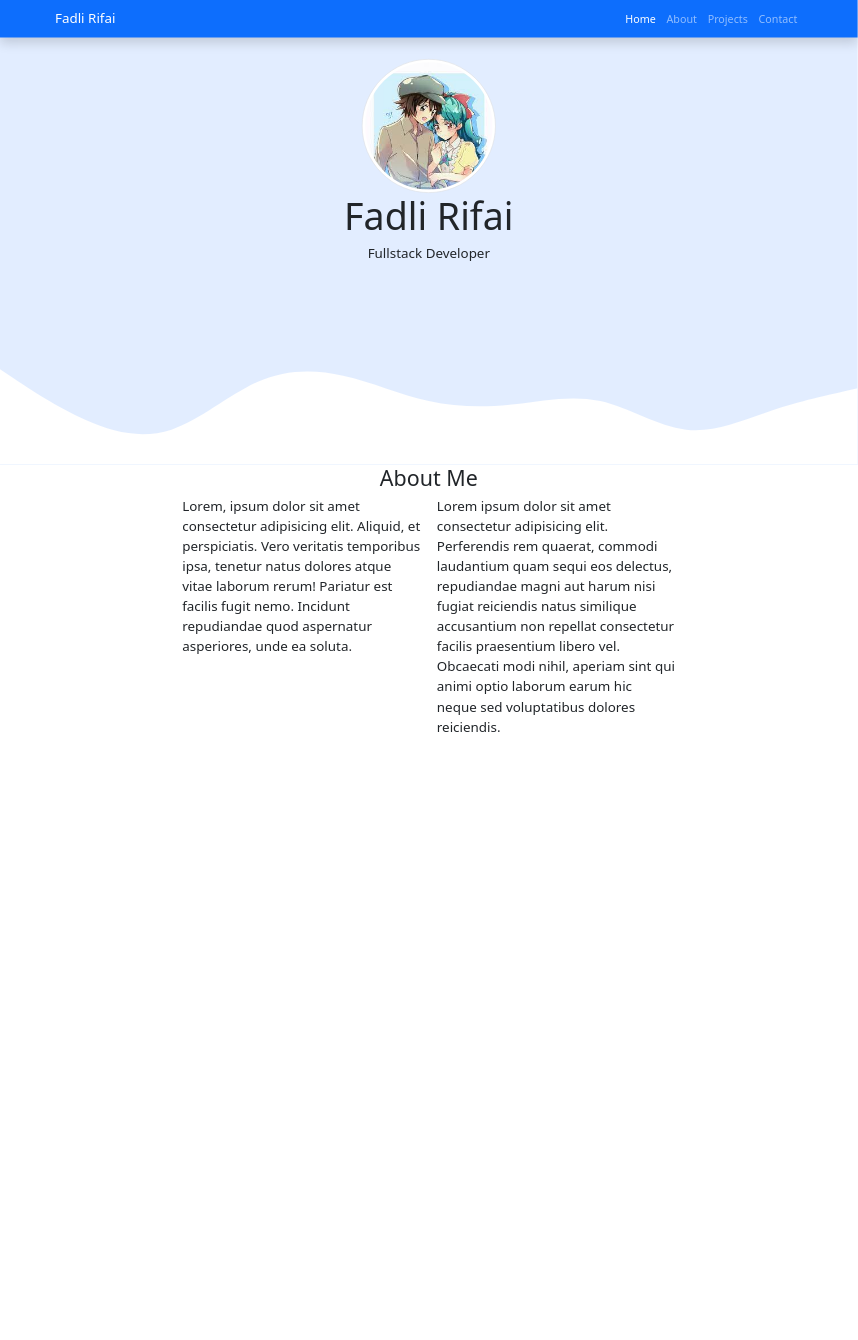
Repository: fadlyyy/fadli-dev.github.io
Page: index.html
An editor plug-in stored every save of this project. The page is shown before and after the next save, followed by the edit.
The browser window is 1280 px wide. The pictures show the whole page, at 67% of full size.

Above is the page before, as saved 2024-01-19 10:42:10.

After the next save:
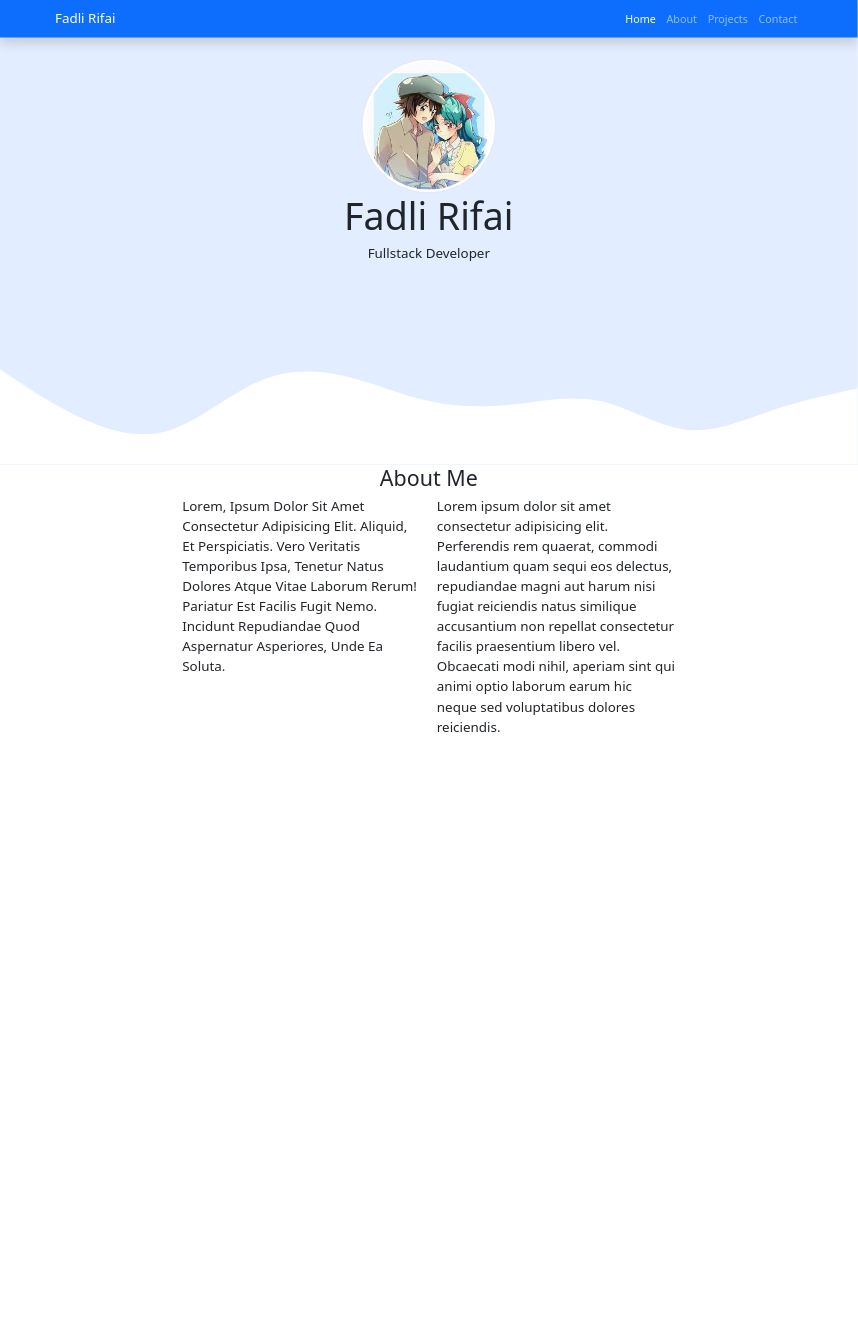
Saved 17 s later.
--- a/index.html
+++ b/index.html
@@ -60,7 +60,7 @@
         </div>
         <div class="row justify-content-center fs-5">
           <div class="col-4">
-            <p class="">
+            <p class="text-capitalize">
               Lorem, ipsum dolor sit amet consectetur adipisicing elit. Aliquid, et perspiciatis. Vero veritatis temporibus ipsa, tenetur natus dolores atque vitae laborum rerum! Pariatur est facilis fugit nemo. Incidunt repudiandae quod
               aspernatur asperiores, unde ea soluta.
             </p>

After the save that followed:
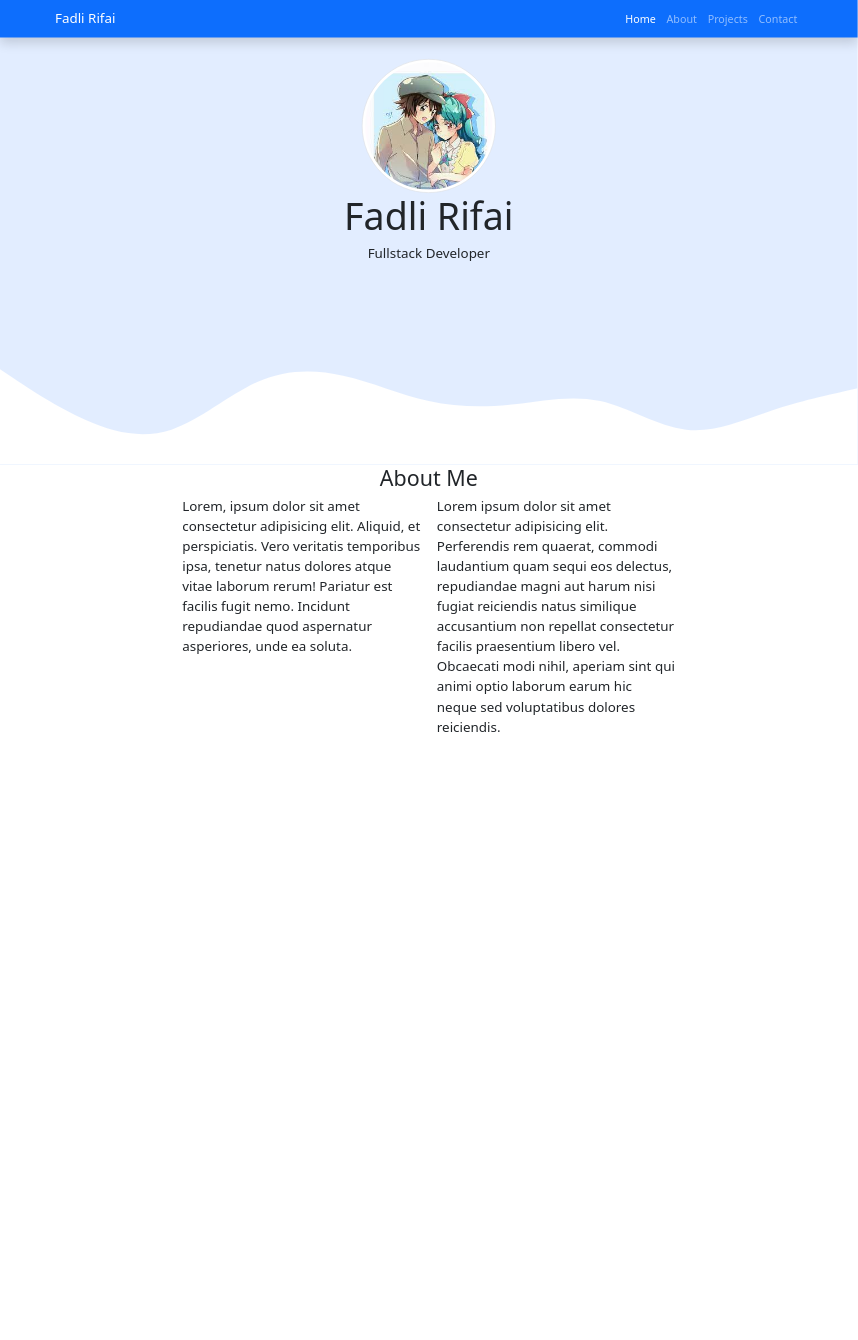
Saved 7 s later.
--- a/index.html
+++ b/index.html
@@ -60,7 +60,7 @@
         </div>
         <div class="row justify-content-center fs-5">
           <div class="col-4">
-            <p class="text-capitalize">
+            <p class="">
               Lorem, ipsum dolor sit amet consectetur adipisicing elit. Aliquid, et perspiciatis. Vero veritatis temporibus ipsa, tenetur natus dolores atque vitae laborum rerum! Pariatur est facilis fugit nemo. Incidunt repudiandae quod
               aspernatur asperiores, unde ea soluta.
             </p>
